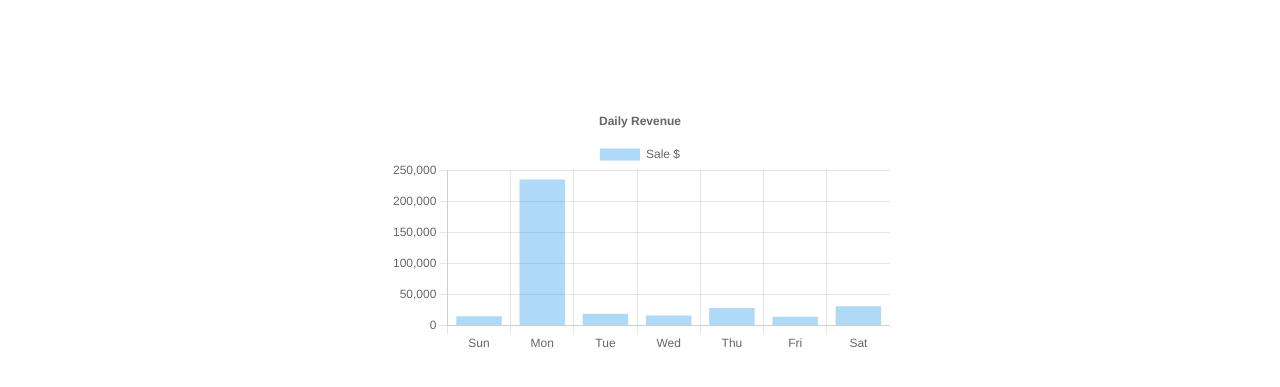
Repository: k8ANStar/exercise-5
Page: /
These files come from the project's save history. The page is drawn as it stood at one moment and after a run of saves; the edit follows.
The browser window is 1280 px wide. The pictures show the whole page.
The project was rebuilt for these pictures with package versions that can differ from the ones it lists, and the page was loaded fresh each time. The framework's server and built-in components were replaced by stand-ins that run in the browser. Also part of the build but not shown: next.config.mjs.

Above is the page before, as saved 2024-04-15 10:02:50.

After the next 2 saves:
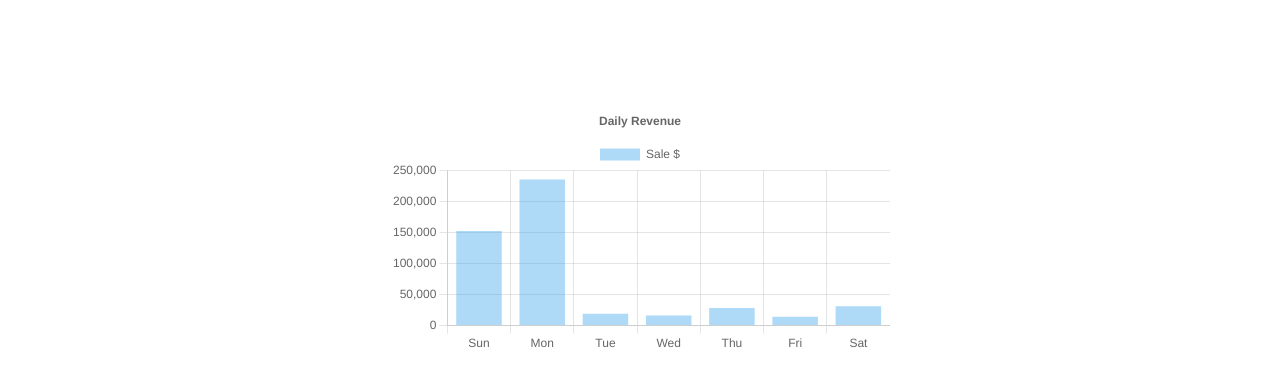
The 2 saves are shown as one change because they came seconds apart.
The last was saved 3 min 20 s later.
--- a/components/VerticalChart/index.js
+++ b/components/VerticalChart/index.js
@@ -33,7 +33,7 @@ export default function VerticalChart() {
 			datasets: [
 				{
 					label: "Sale $",
-					data: [15234, 235256, 19245, 16243, 28456, 14326, 31000],
+					data: [152340, 235256, 19245, 16243, 28456, 14326, 31000],
 					borderColor: "rgb(53, 162, 235)",
 					backgroundColor: "rgb(53, 162, 235, 0.4)",
 				},
@@ -55,13 +55,13 @@ export default function VerticalChart() {
 		});
 	}, []);
 
-	return(
-        <div>
-		<Bar
-			data={chartData}
-			options={chartOptions}
-			style={{ width: "500px", height: "300px" }}
-		/>
-	</div>
-    )
+	return (
+		<div>
+			<Bar
+				data={chartData}
+				options={chartOptions}
+				style={{ width: "500px", height: "300px" }}
+			/>
+		</div>
+	);
 }
